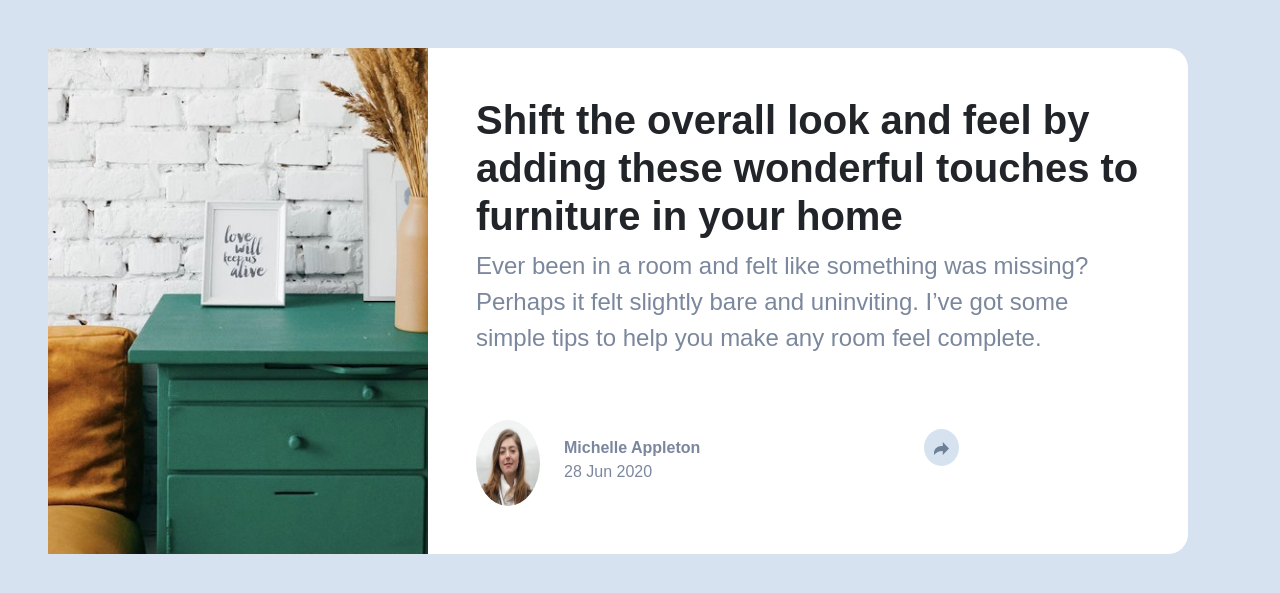
Repository: blordeus/article-preview-component
Page: index.html
These files come from the project's save history. The page is drawn as it stood at one moment and after the next save; the edit follows.
The browser window is 1280 px wide. The pictures show the whole page.

Above is the page before, as saved 2024-05-18 08:26:06.

After the next save:
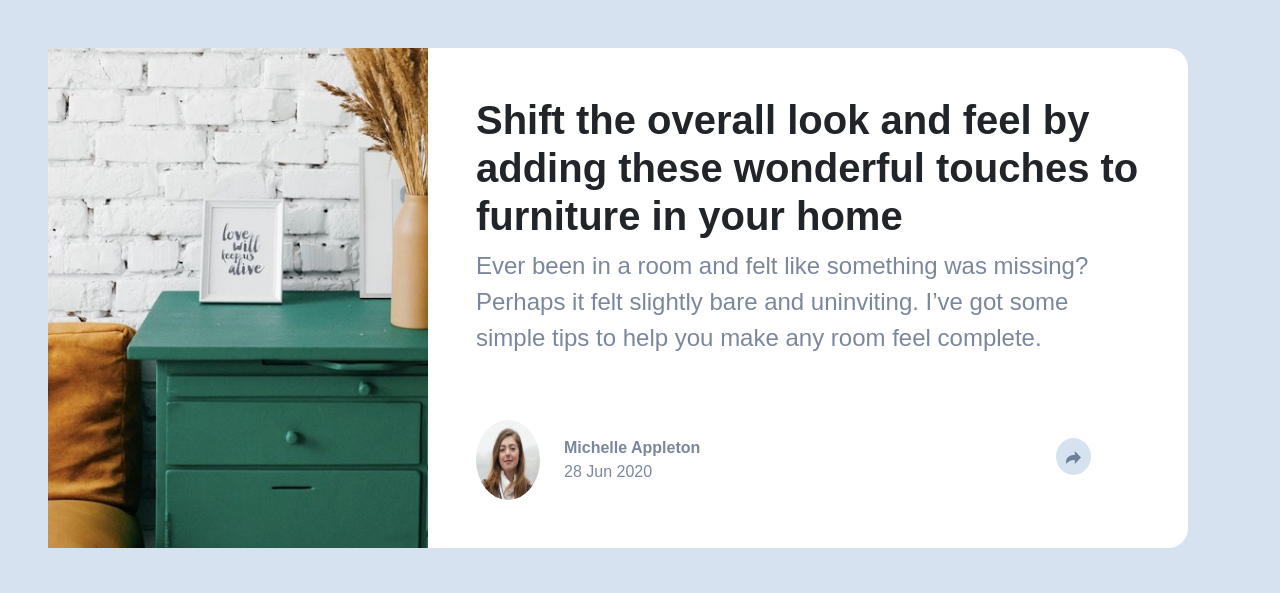
Saved 82 s later.
--- a/socials.js
+++ b/socials.js
@@ -1,3 +1,3 @@
 const popUp = document.querySelector('.popup')
 
-popUp.className = 'hidden'
+popUp.classList.add = 'hidden'
